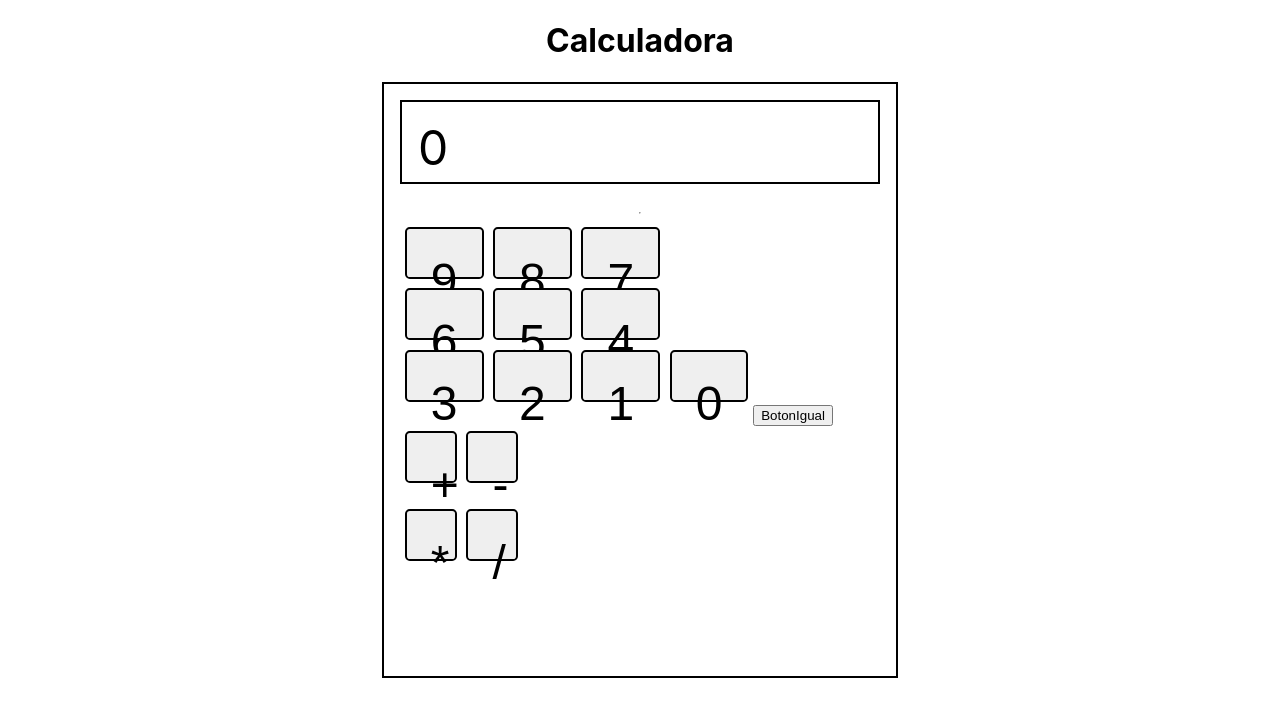
Repository: yamaka/curso-react-febrero-2022
Page: /
These files come from the project's save history. The page is drawn as it stood at one moment and after the next save; the edit follows.
The browser window is 1280 px wide. The pictures show the whole page.
The project was rebuilt for these pictures with package versions that can differ from the ones it lists, and the page was loaded fresh each time. Also part of the build but not shown: src/App.css, src/components/Zanahoria/Zanahoria.css, src/components/Zanahoria/Zanahoria.js, src/components/Zanahorias/Zanahorias.js, src/components/Lechuga/Lechuga.css, src/components/Lechuga/Lechuga.js, src/components/Calculadora/Calculadora.css, src/components/Calculadora/Calculadora.js and 3 more.

Above is the page before, as saved 2022-03-02 17:58:31.

After the next save:
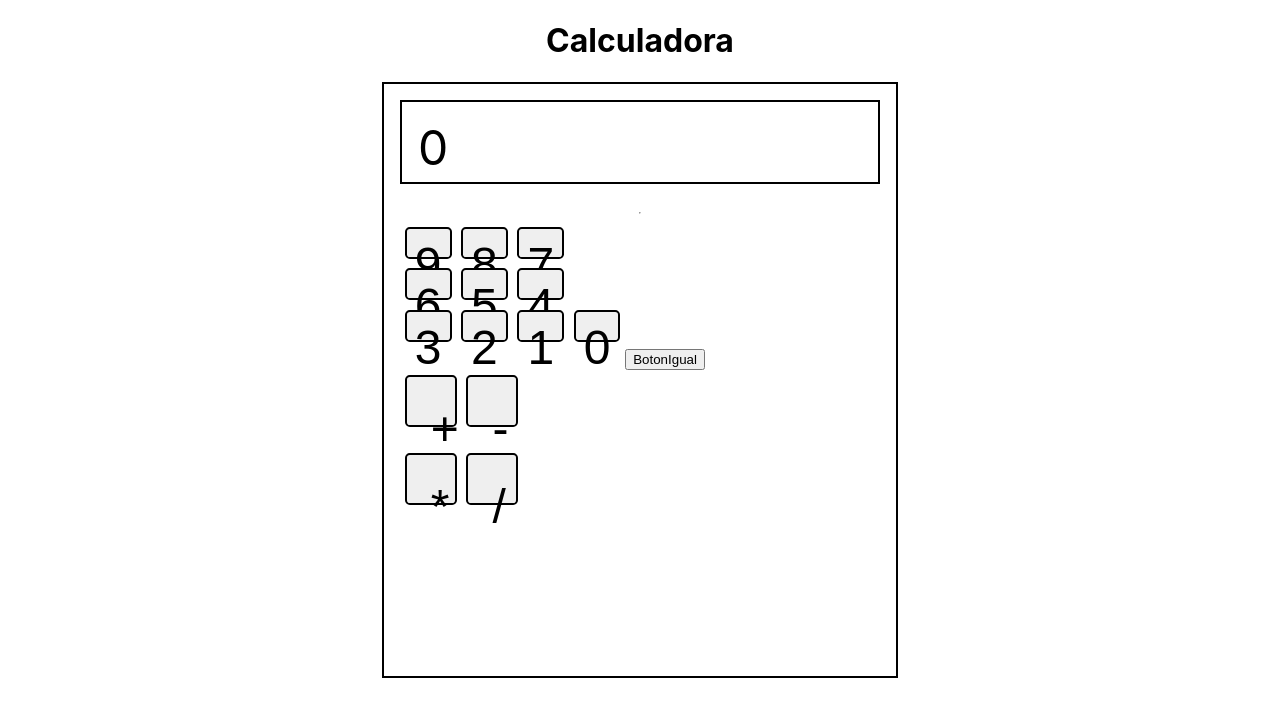
Saved 11 min 24 s later.
--- a/src/hooks/components/BotonNumerico/BotonNumerico.css
+++ b/src/hooks/components/BotonNumerico/BotonNumerico.css
@@ -1,8 +1,8 @@
-.boton-numerico{
-    border: solid 2px;
-    padding:1.5rem;
-    border-radius: .3rem;
-    font-size: 3rem;
-    height: 2rem;
-    margin:.3rem
+.boton-numerico {
+  border: solid 2px;
+  padding: 0.5rem;
+  border-radius: 0.3rem;
+  font-size: 3rem;
+  height: 2rem;
+  margin: 0.3rem;
 }

After the save that followed:
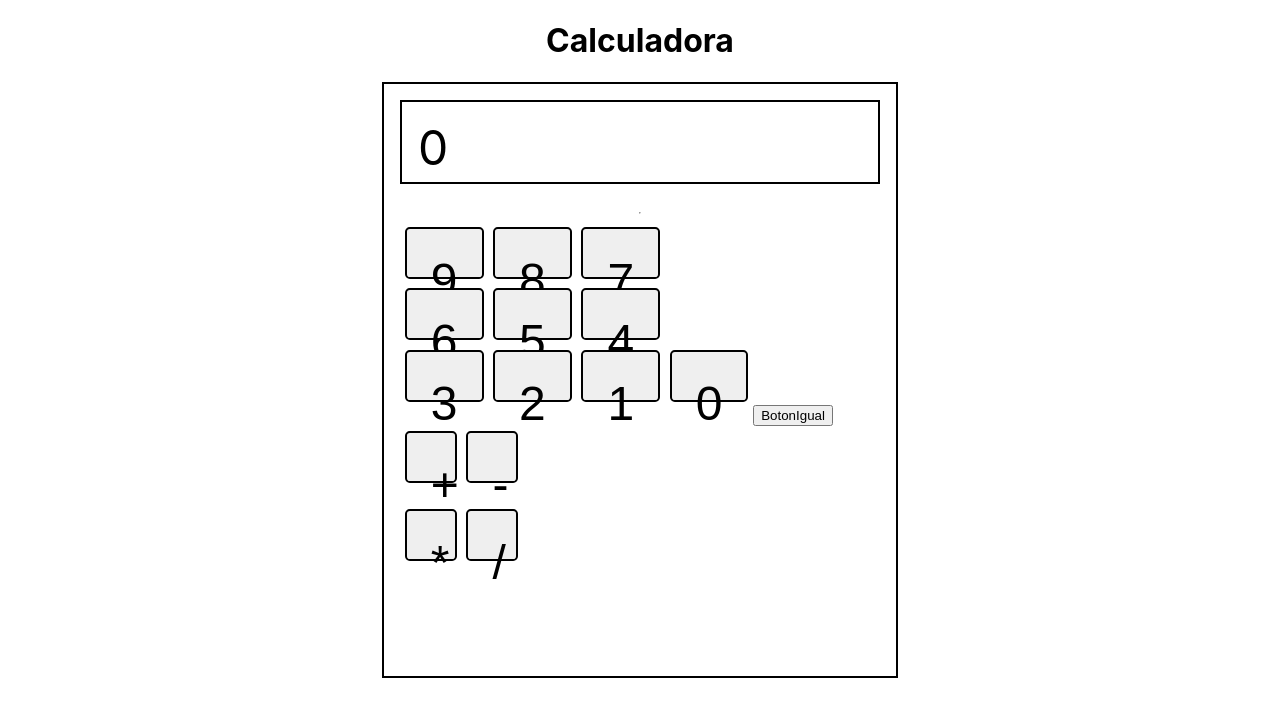
Saved 6 s later.
--- a/src/hooks/components/BotonNumerico/BotonNumerico.css
+++ b/src/hooks/components/BotonNumerico/BotonNumerico.css
@@ -1,6 +1,6 @@
 .boton-numerico {
   border: solid 2px;
-  padding: 0.5rem;
+  padding: 1.5rem;
   border-radius: 0.3rem;
   font-size: 3rem;
   height: 2rem;
